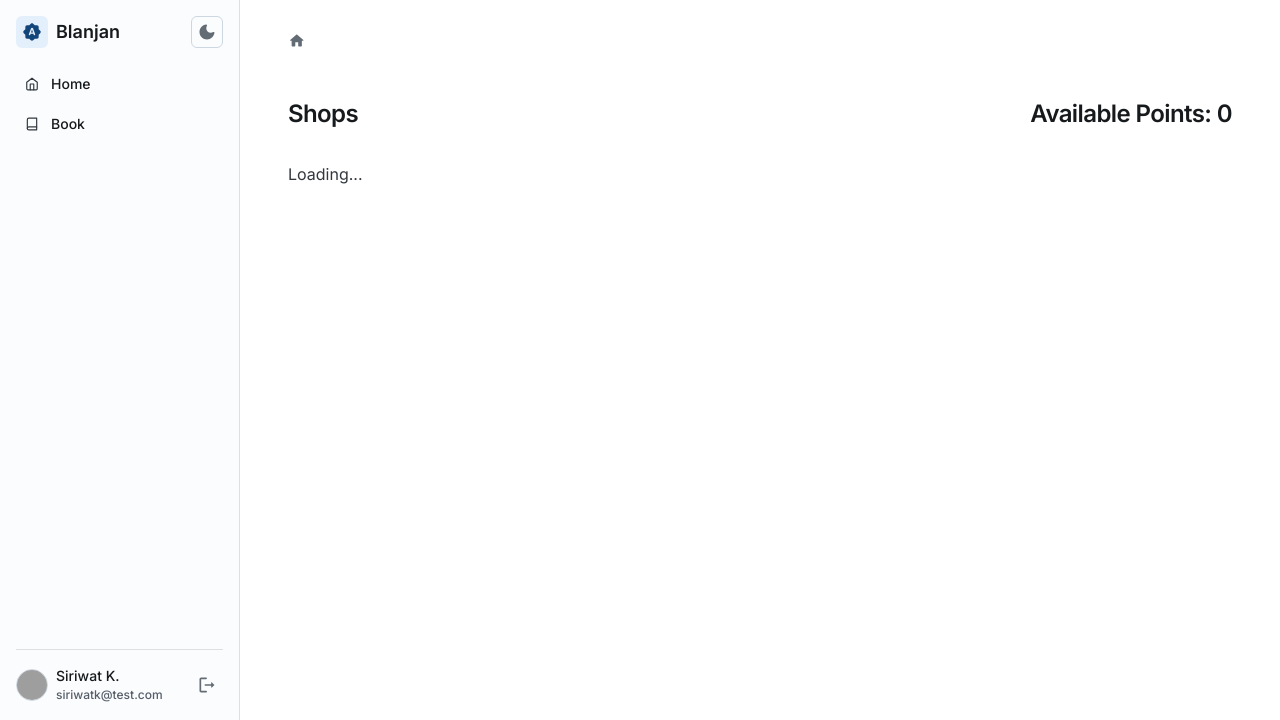
Repository: LaurentiusKevin/bookstore-fe
Page: /
These files come from the project's save history. The page is drawn as it stood at one moment and after the next save; the edit follows.
The browser window is 1280 px wide. The pictures show the whole page.
Pictures or frames that could not be fetched are drawn as grey boxes. The page's requests for data from a server got no answer. The project was rebuilt for these pictures with package versions that can differ from the ones it lists, and the page was loaded fresh each time. The framework's server and built-in components were replaced by stand-ins that run in the browser. No one was signed in, and anything a server would have sent is missing. Also part of the build but not shown: next.config.mjs.

Above is the page before, as saved 2024-04-07 05:35:14.

After the next save:
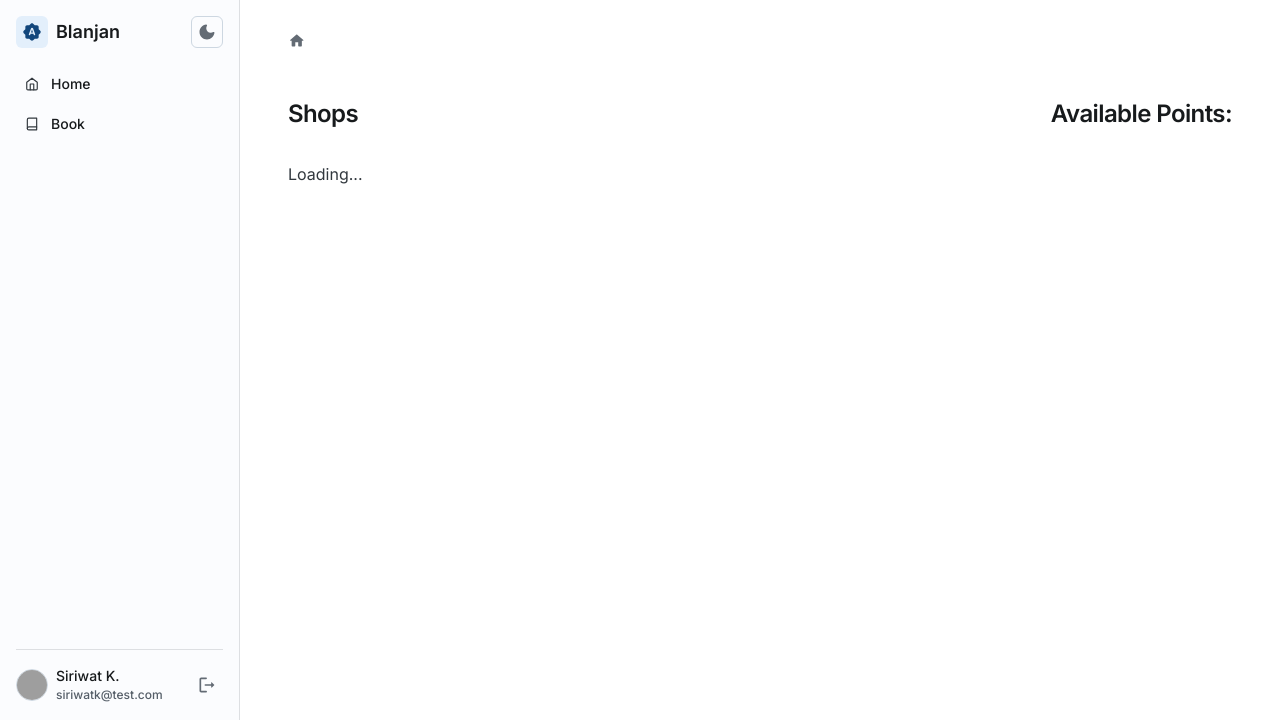
Saved 15 s later.
--- a/src/app/page.tsx
+++ b/src/app/page.tsx
@@ -41,7 +41,7 @@ export default function Home() {
 
   const initLatestPoint = async () => {
     const res = await latestPointAPI();
-    console.log(res?.data.data);
+    setAvailablePoint(res?.data.data);
   };
 
   const purchase = async (book_id: number) => {
